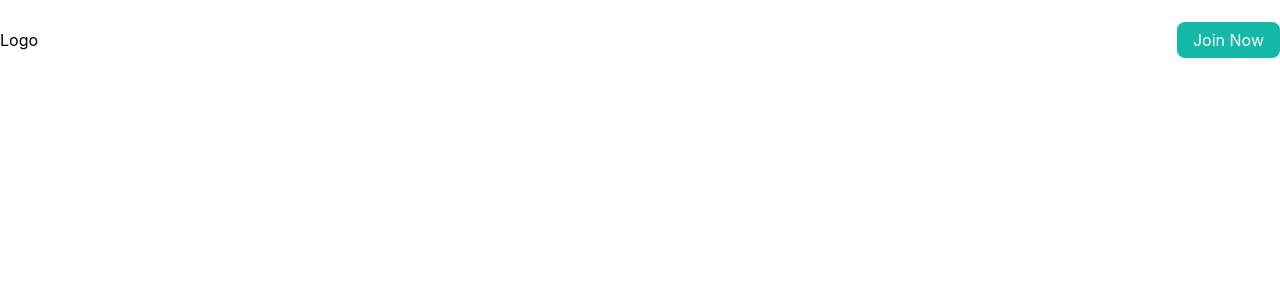
Repository: arafatmollah/auth-app
Page: /
These files come from the project's save history. The page is drawn as it stood at one moment and after the next save; the edit follows.
The browser window is 1280 px wide. The pictures show the whole page.
The project was rebuilt for these pictures with package versions that can differ from the ones it lists, and the page was loaded fresh each time. The framework's server and built-in components were replaced by stand-ins that run in the browser. Also part of the build but not shown: next.config.js.

Above is the page before, as saved 2022-10-03 16:10:48.

### pages/_app.js
import '../styles/globals.css'
import Layout from '../components/Layout'

function MyApp({ Component, pageProps }) {
 return(
  <Layout>
  <Component {...pageProps} />
 </Layout>
 )
}

export default MyApp

### pages/index.js
import Head from 'next/head'

export default function Home() {
  return (
    <div>
      <Head>
        <title>Create Next App</title>
        <meta name="description" content="Generated by create next app" />
        <link rel="icon" href="/favicon.ico" />
      </Head>

      <main>
       <h2 className='text-5xl'></h2>
      </main>


    </div>
  )
}

### components/Layout.js
import React from 'react'
import Nav from './Nav'

export default function Layout({children}) {
  return (
    <div>
       <Nav></Nav>
        <main>
        {children}
        </main>
        </div>
  )
}

### components/Nav.js
import React from 'react'
import Link from 'next/link'

function Nav() {
  return (
    <div>
        <nav className='flex justify-between items-center py-7'>
        <Link href="/">Logo</Link>
        <ul>
            <Link href="/auth">
            <a className='py-2 px-4 bg-teal-500 my-5 rounded-lg text-white'>Join Now</a>
            </Link>
        </ul>
        </nav>
    </div>
  )
}

export default Nav

Loaded but not shown: styles/globals.css (common file); tailwind.config.js (common file)

After the next save:
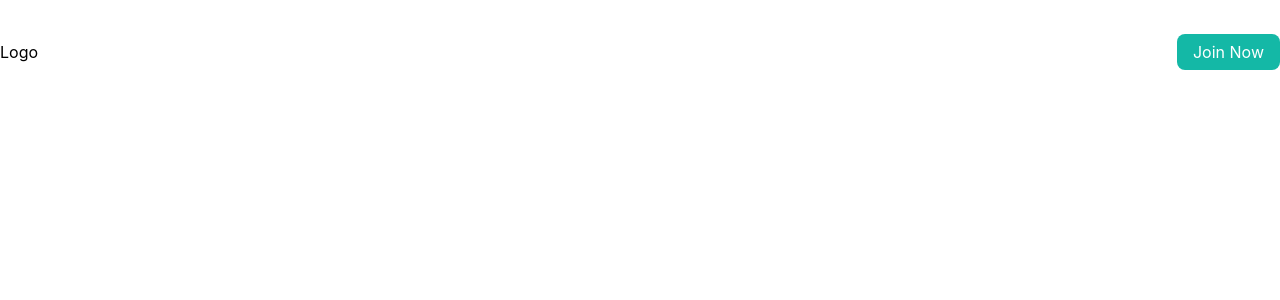
Saved 5 s later.
--- a/components/Nav.js
+++ b/components/Nav.js
@@ -4,7 +4,7 @@ import Link from 'next/link'
 function Nav() {
   return (
     <div>
-        <nav className='flex justify-between items-center py-7'>
+        <nav className='flex justify-between items-center py-10'>
         <Link href="/">Logo</Link>
         <ul>
             <Link href="/auth">
